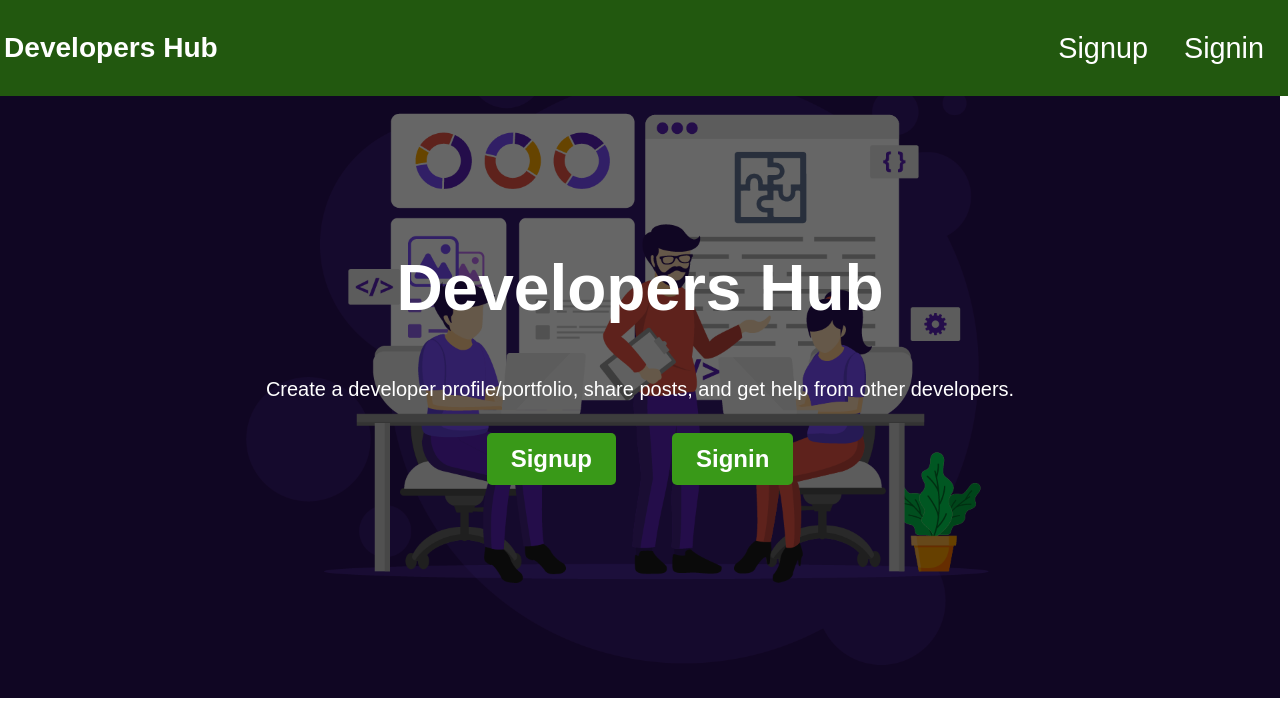
Repository: sayyad-mukthumsa-123/DevMania
Page: / (app in frontend/)
These files come from the project's save history. The page is drawn as it stood at one moment and after the next save; the edit follows.
The browser window is 1280 px wide. The page is 1288 px wide, so the pictures cover 1288 px, including what lies to the right of the window. The pictures show the whole page.
The project was rebuilt for these pictures with package versions that can differ from the ones it lists, and the page was loaded fresh each time. Also part of the build but not shown: frontend/src/pages/login.js, frontend/src/pages/register.js, frontend/src/pages/Allprofiles.js, frontend/src/pages/MyProfile.js, frontend/src/pages/Indprofile.js.

Above is the page before, as saved 2025-02-28 23:40:48.

### frontend/public/index.html
<!-- public/index.html -->
<!DOCTYPE html>
<html lang="en">
<head>
  <meta charset="UTF-8">
  <meta name="viewport" content="width=device-width, initial-scale=1.0">
  <title>Developers Hub</title>
  <link rel="stylesheet" href="https://cdnjs.cloudflare.com/ajax/libs/font-awesome/5.15.3/css/all.min.css">
</head>
<body>
  <div id="root"></div>
</body>
</html>

### frontend/src/App.js
import React from 'react'
import {BrowserRouter,Route,Routes} from 'react-router-dom'
import Home from './pages/Home'
import Login from './pages/login'
import Register from './pages/register'
import Allprofiles from './pages/Allprofiles'
import MyProfile from './pages/MyProfile'
import Indprofile from './pages/Indprofile'

const App = () => {
  return (
    <div>

      <BrowserRouter>
      <Routes>
        <Route path='/' exact Component={Home}/>
        <Route path='/login' exact Component={Login}/>
        <Route path='/register' exact Component={Register}/>
        <Route path='/allprofiles' exact Component={Allprofiles}/>
        <Route path='/myprofile' exact Component={MyProfile}/>
        <Route path='/indprofile/:fullname/:email/:skill/:id' exact Component={Indprofile}/>
      </Routes>
      </BrowserRouter>
    </div>
  )
}

export default App

### frontend/src/pages/Home.js
import React from 'react';
import { Link } from 'react-router-dom';
import '../styles/styles.css';  // Adjust the path based on your file structure
import Navbar from './Navbar';

const Home = () => {
  return (
    <>
      <section className='landing' >
        <div className='dark-overlay'>
        <Navbar />
          <div className='landing-inner'>

            <h1 className='x-large'>Developers Hub</h1>
            <p className='lead'>
              Create a developer profile/portfolio, share posts, and get help from other developers.
            </p>
            <div className='buttons'>
              <Link to="/register" className="btn btn-auth">Signup</Link>
              <Link to="/login" className="btn btn-auth">Signin</Link>
            </div>
          </div>
        </div>
      </section>
    </>
  );
}
export default Home;

### frontend/src/styles/styles.css
/* General reset */
body, html {
  margin: 0;
  padding: 0;
  font-family: Arial, sans-serif;
  width: 100%;
  min-height: 100vh;

}

/* Navbar styles */
.navbar {
  display: flex;
  justify-content: space-between;
  align-items: center;
  padding: 4px;
  font-size: x-large;
  background-color: #22580f
}

.navbar h1 a {
  color: #ffffff;
  text-decoration: none;
}

.navbar ul {
  list-style: none;
  display: flex;
  margin: 0;
  padding: 10px;
  font-size: larger;
}
.navbar ul li
{
  padding: 10px;
  transition: all 0.3s ease;
}
.navbar ul li:hover
{
  transform: scale(1.2);
}
.navbar ul li {
  margin-left: 1rem;
}

.navbar ul li a {
  color: #ffffff;
  text-decoration: none;
}

/* Landing page styles */
/* .landing {
  height: 100%;
  display: flex;
  align-items: center;
  justify-content: center;
  color: black;
  position: relative;
}

.dark-overlay {
  position: absolute;
  top: 0;
  left: 0;
  right: 0;
  bottom: 0;
}

.landing-inner {
  text-align: center;
  z-index: 2;
  position: relative;
}

.x-large {
  font-size: 4rem;
}

.lead {
  font-size: 1.5rem;
  margin-bottom: 2rem;
  color: black;
}

.buttons .btn ,.btn{
  margin: 3rem 2rem;
  padding: 0.75rem 1.25rem;
  border: none;
  border-radius: 5px;
  cursor: pointer;
  text-decoration: none;
  font-size: x-large;
  background-color:#399918 ;
  color: #ffffff;
}


.btn-auth {
  transition: all 0.3s ease;
}
.btn-auth:hover
{
  transform: scale(1.1);
} */

.landing {
  height: 97vh;
  display: flex;
  align-items: center;
  justify-content: center;
  color: white;
  position: relative;
  background: url('../images/home.png') no-repeat center center/cover;
  text-align: center;
  flex-direction: column;
}

.dark-overlay {
  position: absolute;
  top: 0;
  left: 0;
  right: 0;
  bottom: 0;
  background: rgba(0, 0, 0, 0.6); /* Adds a dark overlay for better text visibility */
  display: flex;
  flex-direction: column;
  justify-content: center;
  align-items: center;
}

.landing-inner {
  text-align: center;
  z-index: 2;
  position: relative;
  padding: 2rem;
  max-width: 800px;
}

.x-large {
  font-size: 4rem;
  font-weight: bold;
}

.lead {
  font-size: 1.5rem;
  margin-bottom: 2rem;
}

.buttons {
  display: flex;
  justify-content: center;
  gap: 1.5rem;
}

.btn, .btn-auth {
  margin: 1rem;
  padding: 0.75rem 1.5rem;
  border: none;
  border-radius: 8px;
  cursor: pointer;
  text-decoration: none;
  font-size: 1.25rem;
  font-weight: bold;
  background-color: #399918;
  color: #ffffff;
  transition: all 0.3s ease;
}

.btn-auth:hover {
  transform: scale(1.1);
  background-color: #2e7d12;
}

/* Ensure Navbar stays at the top */
.navbar {
  position: absolute;
  top: 0;
  left: 0;
  width: 100%;
  z-index: 3;
}


/* Container styles */
.container {
  width: 700px;
  margin: 2rem auto;
  padding: 2rem;
  border: 2px solid #399918;
  color: black;
  border-radius: 8px;
  position: relative; /* To ensure proper z-index handling */
  z-index: 1; /* Ensures the container is above any background effects */
}

/* Form styles */
.form {


  display: flex;
  flex-direction: column;
}

.form-group {
  margin-bottom: 1.5rem;
}

.form-group input {
  width: 50%;
  padding: 0.75rem;
  font-size: 1rem;
  border: 1px solid black;
  border-radius: 5px;
  transition: border-color 0.3s ease-in-out, box-shadow 0.3s ease-in-out;
}

.form-group input:focus {
  border-color: #f6f7f9;
  box-shadow: 0 0 8px rgba(0, 123, 255, 0.3);
  outline: none;
}

.btn {
  display: inline-block;
  padding: 0.75rem 1.5rem;
  border: none;
  border-radius: 5px;
  cursor: pointer;
  text-decoration: none;
  font-size: 1.5rem;
  text-align: center;
}

/* .btn-primary {
  background-color: #007bff;
  color: #ffffff;
}

.btn-primary:hover {
  background-color: #0056b3;
  opacity: 0.9;
} */

/* .text-primary {
  color: #f6f8fb;
} */

.large {
  font-size: 2rem;
  margin-bottom: 1rem;
}

.lead {
  font-size: 1.25rem;
  margin-bottom: 1rem;
}

.error {
  color: red;
  margin-top: 1rem;
}

p {
  margin-top: 1rem;
}
.link-auth{
  color:#399918;
  text-decoration: none;
  cursor: pointer;
  padding-left:10px ;
  transition: all 0.3s ease;
  display: inline-block;
  font-size: large;
}
.link-auth:hover
{
  transform: scale(1.3);
}
/* Profiles styles */
.profiles {
  display: flex;
  flex-direction: column;
  gap: 1rem;
}

.profile {
  background-color: #f4f4f4;
  padding: 1rem;
  display: flex;
  align-items: center;
  border: 1px solid #ccc;
  box-shadow: 0 4px 8px rgba(0, 0, 0, 0.1);
  border-radius: 5px;
  margin-bottom: 1rem;
}

.profile .round-img {
  width: 100px;
  border-radius: 50%;
  margin-right: 1rem;
}

.profile-info {
  flex: 1;
}

.profile-info h2 {
  margin: 0 0 0.5rem 0;
}

.profile-info p {
  margin: 0.5rem 0;
}

.profile-info .btn {
  display: inline-block;
  background-color:#399918;
  color: #fff;
  padding: 0.5rem 1rem;
  text-decoration: none;
  border-radius: 0.25rem;
  margin-top: 0.5rem;
  transition: all 0.3s ease;
}

.profile-info .btn:hover {
  transform: scale(1.1);
  background-color:#399918;
}

.profile-skills {
  list-style: none;
  padding: 0;
  display: flex;
  flex-direction: column;
  gap: 0.5rem;
  margin-left: 1rem;
  color: black;
}

.profile-skills li {
  display: flex;
  align-items: center;
  color:greenyellow;
}

.profile-skills li i {
  margin-right: 0.5rem;
}

/* GitHub Section */
.profile-github {
  margin-top: 1rem;
}

.profile-github h2 {
  margin-bottom: 1rem;
}

.repo {
  background: #fff;
  padding: 1rem;
  margin-bottom: 1rem;
  border: 1px solid #ccc;
}

.repo h4 {
  margin: 0.5rem 0;
}

.repo p {
  margin: 0.5rem 0;
}

/* Form */
.form {
  margin-top: 1rem;
}

.form-group {
  margin-bottom: 1rem;
}

.form-group input {
  width: 100%;
  padding: 0.5rem;
  border: 1px solid #ccc;
  border-radius: 0.25rem;
}

.form-group input:focus {
  border-color: #007bff;
  outline: none;
}

/* .btn-primary {
  background: #007bff;
  color: #fff;
  border: none;
  padding: 0.5rem 1rem;
  cursor: pointer;
}

.btn-primary:hover {
  background: #0056b3;
} */

/* Profile Grid */
.profile-grid {
  display: grid;
  grid-template-columns: 1fr;
  grid-gap: 1rem;
  margin-top: 1rem;
}

.profile-top {
  background: #0a0a0a;
  color: #fff;
  padding: 1rem;
  text-align: center;
}

.profile-top img {
  width: 150px;
  border-radius: 50%;
}

.profile-top h1 {
  margin: 0.5rem 0;
}

.profile-top p {
  margin: 0.5rem 0;
}
a{
  color:aqua
}
 .white-text {
  color: black;
}
 .skill-text {
  /* background-color: #5e585c16;  */
  color: #c51414;
  padding: 10px 15px;
  border-radius: 5px;
  display: flex;
  align-items: center;
  font-size: 16px;
  margin-top: 2px;
  /* box-shadow: 0 2px 4px rgba(0, 0, 0, 0.1);  */
}


.skill-text i {
  color: #28a745;
  margin-right: 30px;
}
.taskprovider
{
  color:#28a745;
  text-decoration: none;
  font-size: xx-large;
}

### frontend/src/pages/Navbar.js
import React from 'react';
import { Link } from 'react-router-dom';
import '../styles/styles.css';
const Navbar = () => {
  return (
    <div>
        <nav className="navbar bg-dark">
        <h1>
          <Link to='/'> Developers Hub</Link>
        </h1>
        <ul>
          <li><Link to="/register">Signup</Link></li>
          <li><Link to="/login">Signin</Link></li>
        </ul>
      </nav>
    </div>
  )
}

export default Navbar

Loaded but not shown: frontend/src/index.js (common file); frontend/src/index.css (common file); frontend/src/reportWebVitals.js (common file)

After the next save:
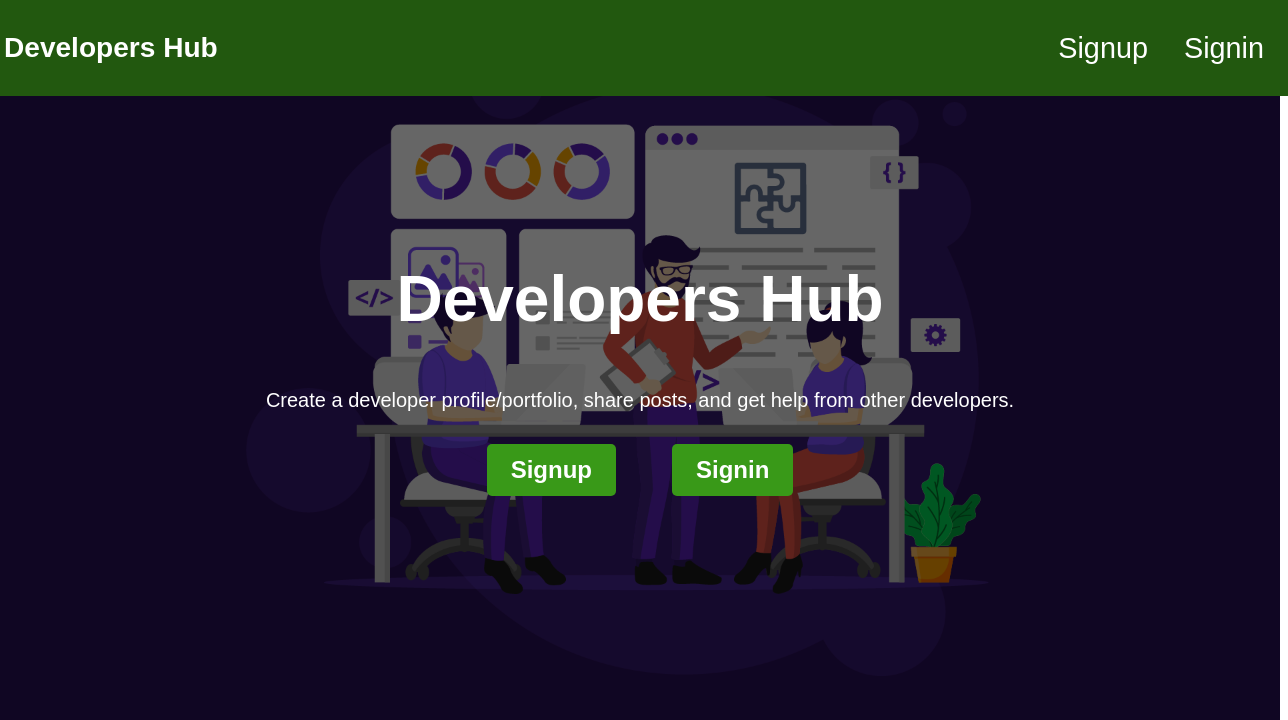
Saved 9 s later.
--- a/frontend/src/styles/styles.css
+++ b/frontend/src/styles/styles.css
@@ -104,7 +104,7 @@ body, html {
 } */
 
 .landing {
-  height: 97vh;
+  height: 100vh;
   display: flex;
   align-items: center;
   justify-content: center;
